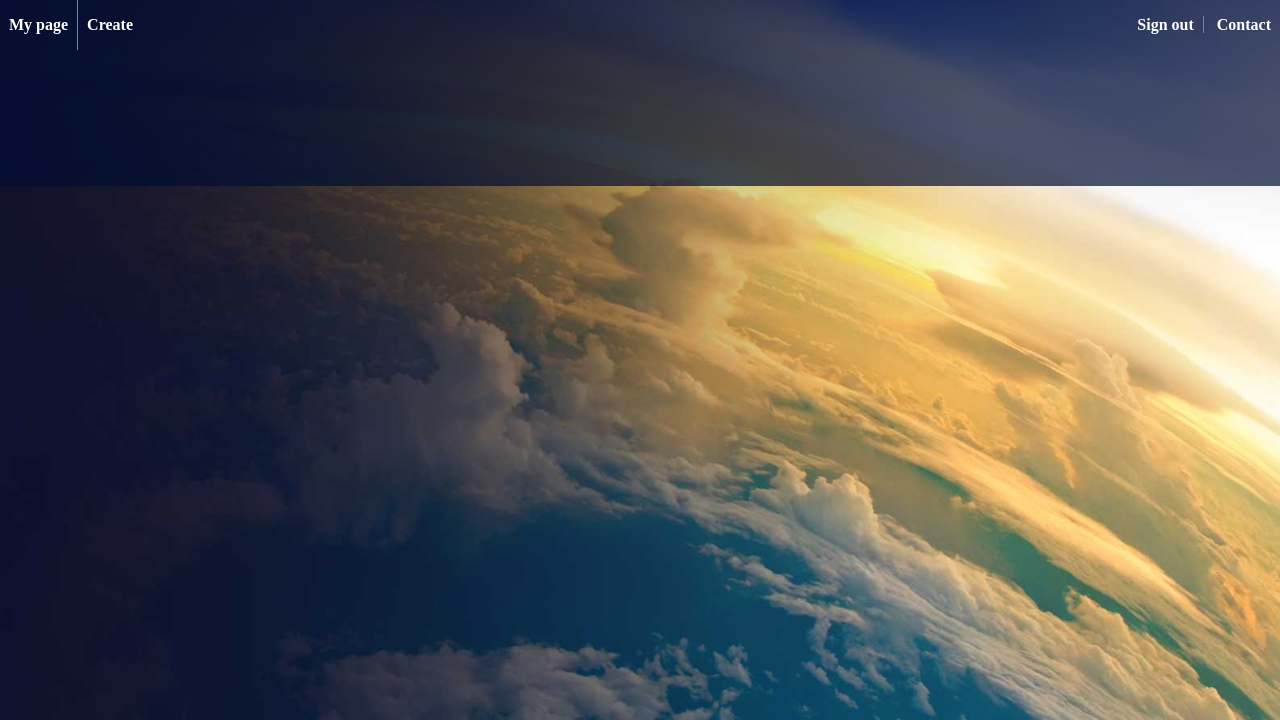
Repository: leeboseok/proposal-board
Page: http://localhost/ProposalSys/main.jsp
An editor plug-in stored every save of this project. The page is shown before and after the next save, followed by the edit.
The browser window is 1280 px wide. The pictures show the whole page.
The page is served by Tomcat 9. Other server files are loaded and not shown. Queries for data that is not in the repository find no rows.

Above is the page before, as saved 2024-07-31 14:54:53.

### ProposalSys/src/main/webapp/main.jsp
<%@ page language="java" contentType="text/html; charset=utf-8"
    pageEncoding="utf-8"%>
<%@ page import="java.sql.*" %>
<!DOCTYPE html>
<html>
	<head>
		<meta charset="utf-8">
		<title>메인 페이지 입니다.</title>
		<link rel="stylesheet" href="css/main.css">
		<style>
            /*#menu {width: 100%; display: flex; justify-content:center; }*/
		</style>
	</head>
	<body>
		<%
			String test=(String)session.getAttribute("fn");
			String admin=(String)session.getAttribute("admin");
			System.out.println(test);
		%>
		<div id="wrap">
			<div class="header">
				<div class="top">
					<div class="left">
						<%
							if("admin".equals(admin)){
								%>
									<a href="memberedit.jsp">User list</a>
									<a href="admincontactview.jsp">Contact</a>
								<%
							}else
						%>
						<a href="mypage.jsp">My page</a>
						<a href="create.jsp">Create</a>
					</div>
					<div class="right">
						<a href="logoutprogress.jsp">Sign out</a>
						<a href="admincontact.jsp">Contact</a>
					</div>
				</div>
			</div>
			<div class="body">
			<%
				Connection conn=null;
				Statement stmt=null;
				ResultSet rs=null;
				String pg=request.getParameter("page");

				int currentPage=(pg!=null)?Integer.parseInt(pg):1;
				int recordsPerPage=5;
				int start=(currentPage-1)*recordsPerPage;

				String url="jdbc:mysql://127.0.0.1:3306/fm_global";
				String db_id="root";
				String db_pw="iotiot";
				try{
					Class.forName("com.mysql.cj.jdbc.Driver");
					conn=DriverManager.getConnection(url, db_id, db_pw);

					String countSql="select count(*) from proposals";

					stmt=conn.createStatement();
					rs=stmt.executeQuery(countSql);
					int totalRecords=0;
					if(rs.next()){
						totalRecords=rs.getInt(1);
					}
					rs.close();
					stmt.close();

					int totalPages=(int)Math.ceil((double) totalRecords / recordsPerPage);
					String sql="select p.num, p.title, m.fn, m.ln, m.location, p.created_at from proposals p join member m on p.author=m.num ";
					sql+= "order by p.created_at desc "+"limit "+start+","+recordsPerPage;
					stmt=conn.createStatement();
					rs=stmt.executeQuery(sql);
					System.out.println(sql);

					while(rs.next()){
						int num=rs.getInt("num");
						String title=rs.getString("title");
						String firstName=rs.getString("fn");
						String lastName=rs.getString("ln");
						String location=rs.getString("location");
						String createdAt=rs.getString("created_at");
						%>
							<div class="list">
								<a href="viewpage.jsp?num=<%=num %>">
									<%=title %> <%=createdAt %><br>
									Name : <%=firstName+" "+lastName %>
									Location : <%=location %>
								</a>
							</div>
						<%
					}
					%>
					</div>
						<div class="pagination">
						<%
							if(currentPage>1){
								out.println("<a href='?page=" + (currentPage-1)+"'>Previous</a>");
							}
							for(int i=1; i<=totalPages; i++){
								if(i==currentPage){
									out.println("<strong>"+i+"</strong>");
								}else{
									out.println("<a href='?page="+i+"'>"+i+"</a>");
								}
							}
							if(currentPage<totalPages){
								out.println("<a href='?page="+(currentPage+1)+"'>Next</a>");
							}
						%>
						</div>
					<%
				}catch(Exception e){
					System.out.println("접속 중 오류 발생" + e);
				}finally{
					try{
						if(rs!=null)rs.close();
						if(stmt!=null)stmt.close();
						if(conn!=null)conn.close();
					}catch(Exception ex){
						System.out.println("접속 해제 중 오류 발생"+ex);
					}
				}
			%>
		</div>
	</body>
</html>

### ProposalSys/src/main/webapp/css/main.css
@charset "UTF-8";

html, body {
    height: 100%;
    margin: 0;
}

html {
    background-image: url('../images/hero-earth.jpg');
    background-size: cover;
    background-position: center;
    background-repeat: no-repeat;
}

#wrap{
    width:100%;
    height:100%;
    position:absolute;
    top:0;
    left:0;
    overflow:hidden;
}
.pan{
    width:100%;
    height:100%;
    position:relative;
    top:0;
}
.pan > div{
    height:100%;
}

/* 헤더처리 */
.header{
    position:absolute;
    width:100%;
    height:146px;
    top:0;
    left:0;
    background-color:rgba(0,14,51,0.7);
    top:0;
    left:0;
    z-index:99;
}
.header .top{
    width:100%;
    height:50px;
}
.header .bot{
    width:100%;
    height:95px;
}
.header .top .left a{
    float:left;
}
.header .top a{
    text-decoration:none;
    color:white;
    line-height:50px;
    font-weight:600;
    border-right:1px solid gray;
    padding:0px 9px;
}
.header .top a:last-child{
    border-right:0px solid gray;
}
.header .top .right{
    float:right;
}
.body {
	padding-top: 146px; /* 헤더 높이만큼 패딩을 추가하여 body가 헤더 아래에 위치하도록 함 */
}

.list {
    padding: 20px;
    margin: 0 auto;
    width: 80%;
}

.list a{
	text-decoration:none;
	color:white;
}

.pagination {
    text-align: center;
    padding: 20px;
    background-color: rgba(0, 14, 51, 0.7);
    color: white;
}

.pagination a {
    color: #fff;
    text-decoration: none;
    padding: 5px 10px;
}

.pagination a:hover {
    text-decoration: underline;
}

.pagination strong {
    font-weight: bold;
}

After the next save:
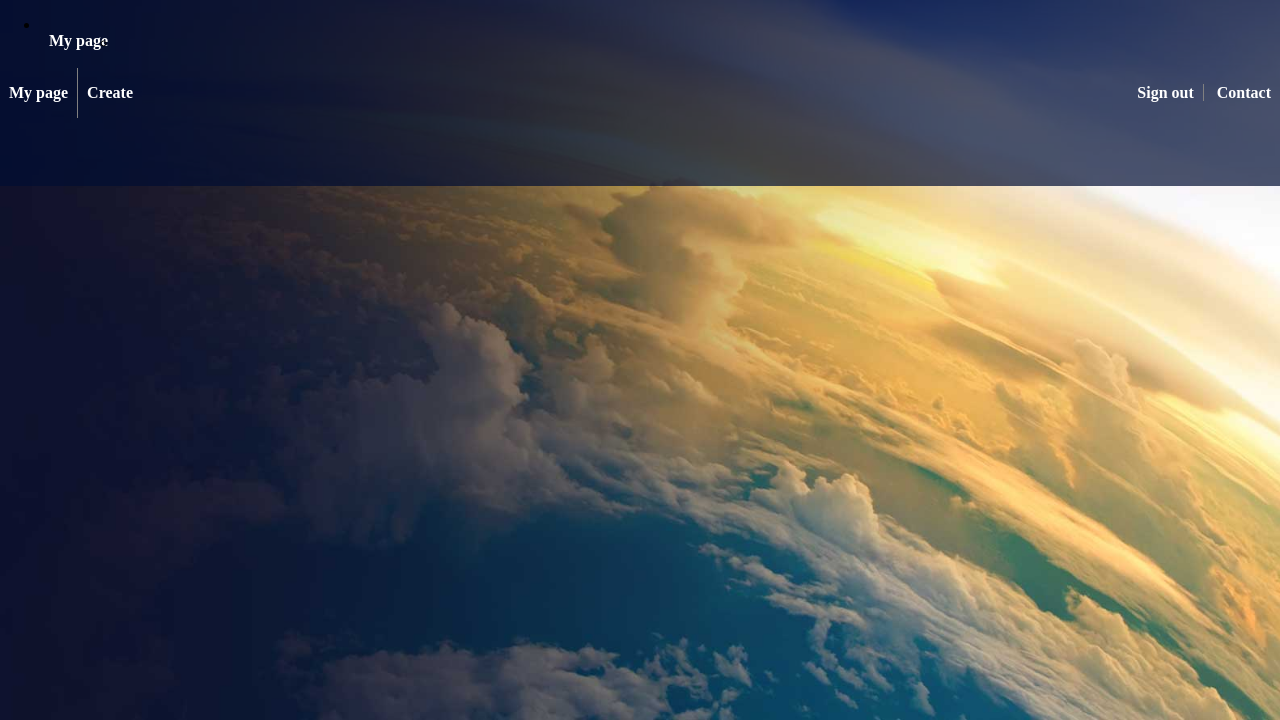
Saved 6 min 26 s later.
--- a/ProposalSys/src/main/webapp/main.jsp
+++ b/ProposalSys/src/main/webapp/main.jsp
@@ -29,6 +29,13 @@
 								<%
 							}else
 						%>
+						<ul>
+							<li><a href="mypage.jsp">My page</a></li>
+								<ul>
+									<li><a href="#"></a></li>
+								</ul>
+						</ul>
+
 						<a href="mypage.jsp">My page</a>
 						<a href="create.jsp">Create</a>
 					</div>

After the save that followed:
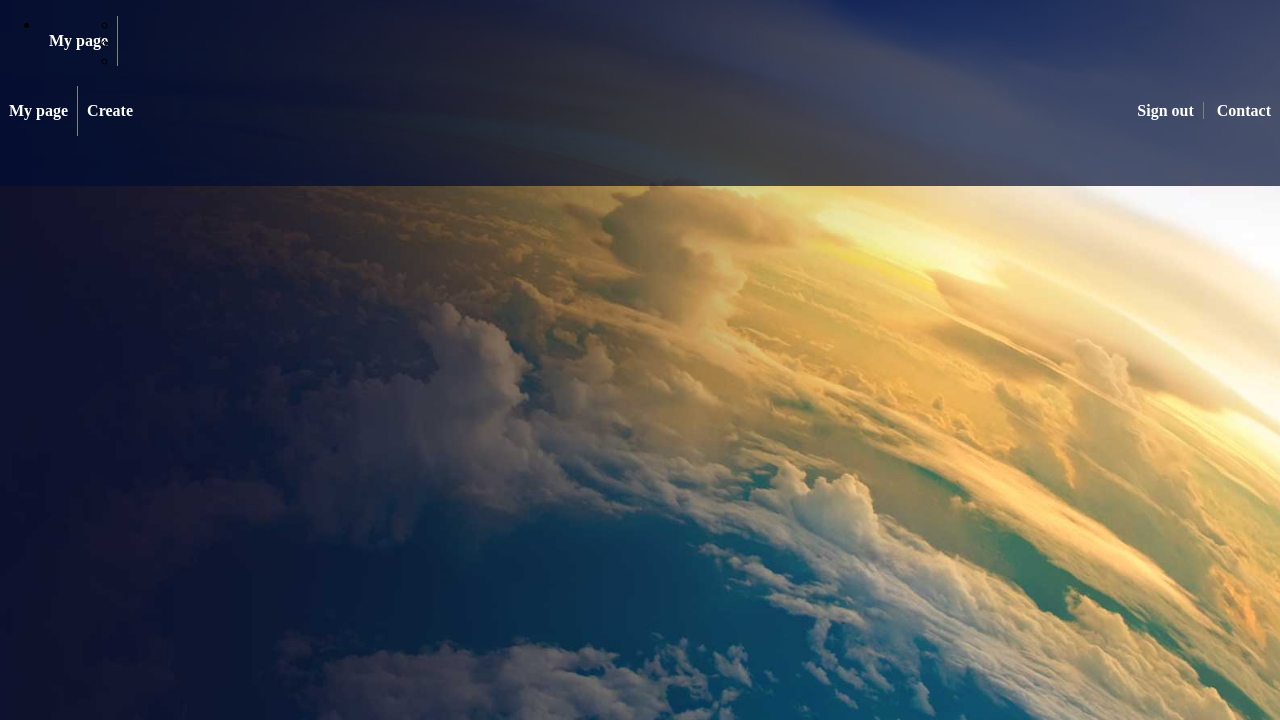
Saved 79 s later.
--- a/ProposalSys/src/main/webapp/main.jsp
+++ b/ProposalSys/src/main/webapp/main.jsp
@@ -30,10 +30,13 @@
 							}else
 						%>
 						<ul>
-							<li><a href="mypage.jsp">My page</a></li>
+							<li><a href="mypage.jsp">My page</a>
 								<ul>
 									<li><a href="#"></a></li>
+									<li><a href="#"></a></li>
+									<li><a href="#"></a></li>
 								</ul>
+							</li>
 						</ul>
 
 						<a href="mypage.jsp">My page</a>
